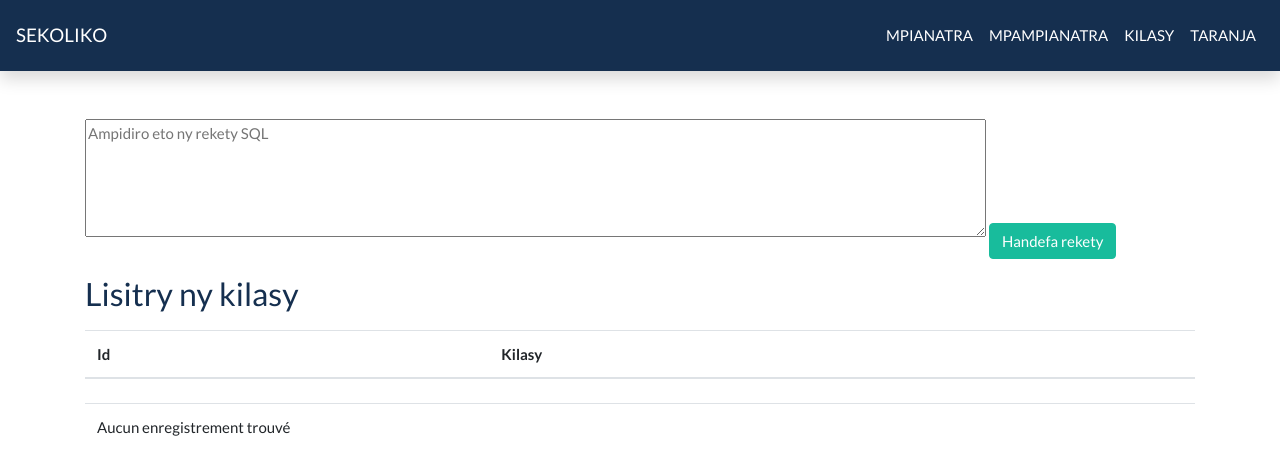
Repository: niainamahefa/j2ee-sekoliko
Page: http://localhost/Ecole/classe
An editor plug-in stored every save of this project. The page is shown before and after the next save, followed by the edit.
The browser window is 1280 px wide. The pictures show the whole page.
The page is served by Tomcat 9. Queries for data that is not in the repository find no rows.

Above is the page before, as saved 2021-02-04 20:08:57.

After the next save:
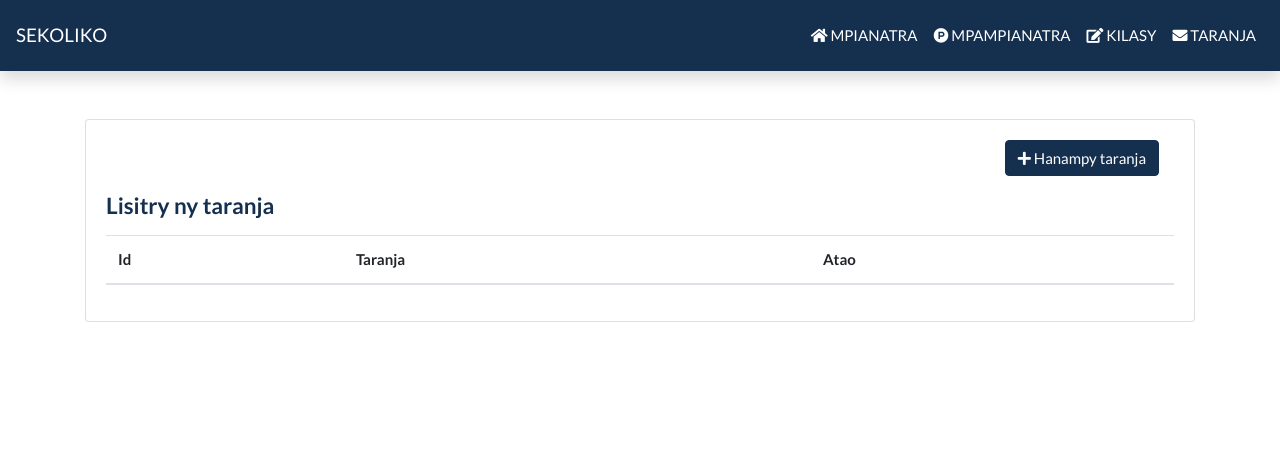
Saved 37 s later.
--- a/Ecole/WebContent/WEB-INF/classe.jsp
+++ b/Ecole/WebContent/WEB-INF/classe.jsp
@@ -1,5 +1,6 @@
 <%@ page language="java" contentType="text/html; charset=ISO-8859-1"
     pageEncoding="ISO-8859-1"%>
+<%@ taglib uri="http://java.sun.com/jsp/jstl/core" prefix="c" %>
 <!DOCTYPE html>
 <html>
 <head>
@@ -7,6 +8,7 @@
 <title>Sekoliko</title>
     <!-- Bootstrap core CSS -->
 	<link href="./assets/css/bootstrap.min.css" rel="stylesheet">
+	  <link href="./assets/fontawesome-free/css/all.min.css" rel="stylesheet" type="text/css">
 </head>
 <body>
 	<nav class="navbar navbar-expand-lg  navbar-dark  bg-primary  shadow container-fluid">
@@ -34,30 +36,35 @@
     </nav>
 
     <div class="container mt-5">
-    	<textarea name="" id="" cols="110" rows="5" placeholder="Ampidiro eto ny rekety SQL"></textarea>
-		<button class="btn btn-success mt-3" type="submit"> Handefa rekety
-        </button>
-    	<table class="table mt-3 " id="table_charge">
-    	<h3 class="text-primary mt-3">Lisitry ny kilasy </h3>
+    	<div class="card">
+    		<div class="card-body">
+    		 <div class="container text-right">
+    		 	<a href="<%= request.getContextPath()%>/nouveau" class="btn btn-primary"  ><i class ="fas fa-plus"></i> Hanampy taranja</a>
+    		 </div>
+    			<table class="table mt-3 " id="table_charge">
+    			<h4 class="text-primary mt-3 font-weight-bold">Lisitry ny taranja </h4>
                     <thead>
                         <tr>
                             <th>Id</th>
-                            <th>Kilasy</th>
+                            <th>Taranja</th>
+                            <th>Atao</th>
                         </tr>
                     </thead>
                     <tbody>
-
+                       <c:forEach var="matiere" items="${listMatiere }">
                             <tr>
-                                <td></td>
-                                <td></td>
+                           		 <td><c:out value="${matiere.mat_id }"/></td>
+                                <td><c:out value="${matiere.mat_nom }"/></td>
+                                <td>
+                                <a class="btn btn-sm btn-success" href="editer?mat_id=<c:out value="${matiere.mat_id }"/>" ><i class="fas fa-edit"></i></a>
+                                <a class="btn btn-sm btn-danger" href="supprimer?mat_id=<c:out value="${matiere.mat_id }"/>" ><i class="fas fa-trash"></i></a>
+                                </td>
                             </tr>
-
-                            <tr>
-                                <td colspan="3">Aucun enregistrement trouvé</td>
-                            </tr>
-
+                   		</c:forEach>
                     </tbody>
                 </table>
+    		</div>
+    	</div>
     </div>
 
 </body>
